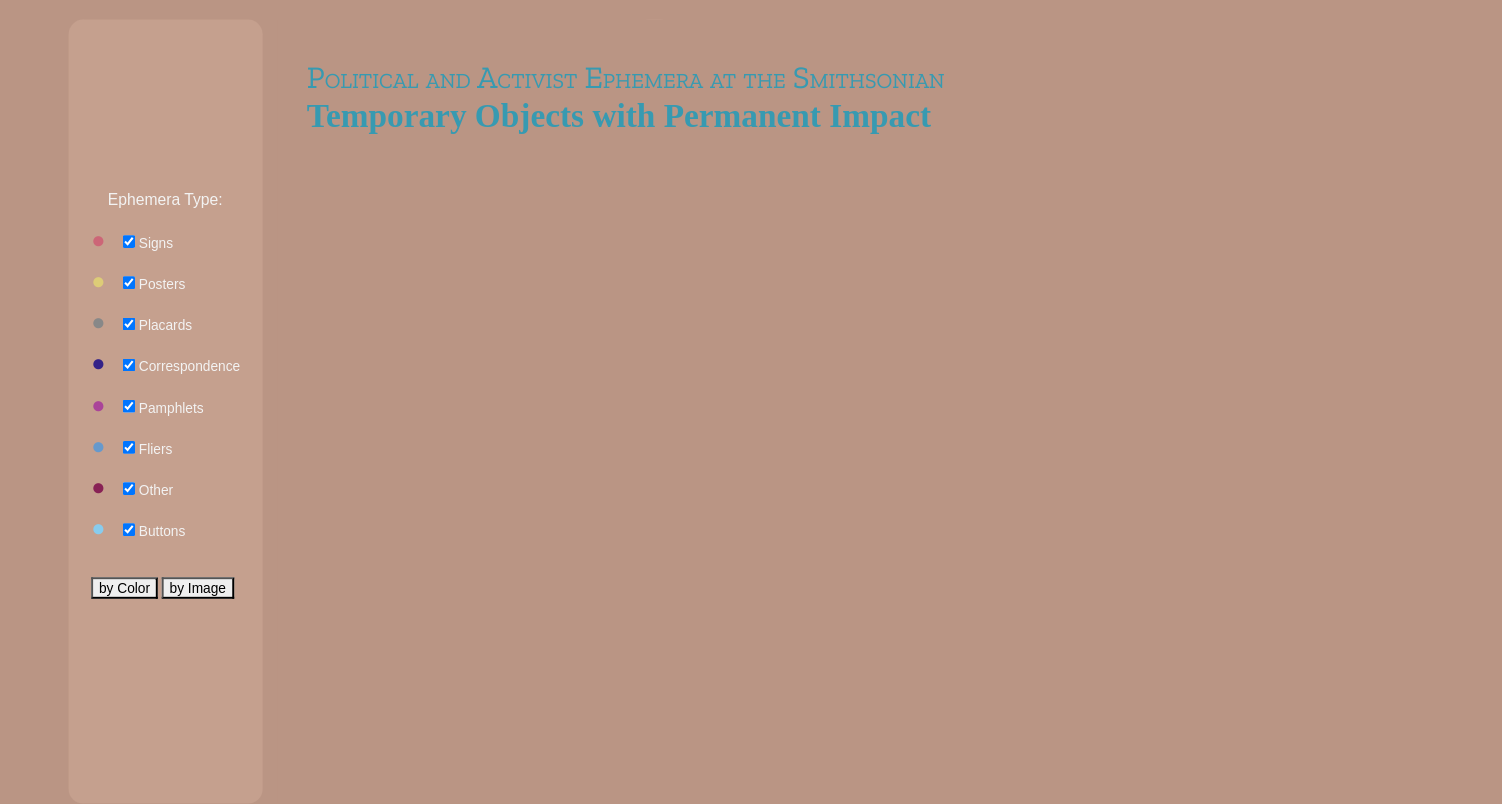
Repository: m0llyc00k/Major-studio-1
Page: Qualitative/examples-beeswarm/index-2.html
The author's editor kept a record of every edit. The page is drawn from the files as they stood at one moment, then again after the next edit.
The browser window is 1280 px wide. The page is 1533 px wide, so the pictures cover 1533 px, including what lies to the right of the window. The pictures show the whole page, at 98% of full size.
The page's requests for data from a server got no answer. Some web fonts or font styles are not loaded; a fallback is used.

Above is the page before.

After the next edit:
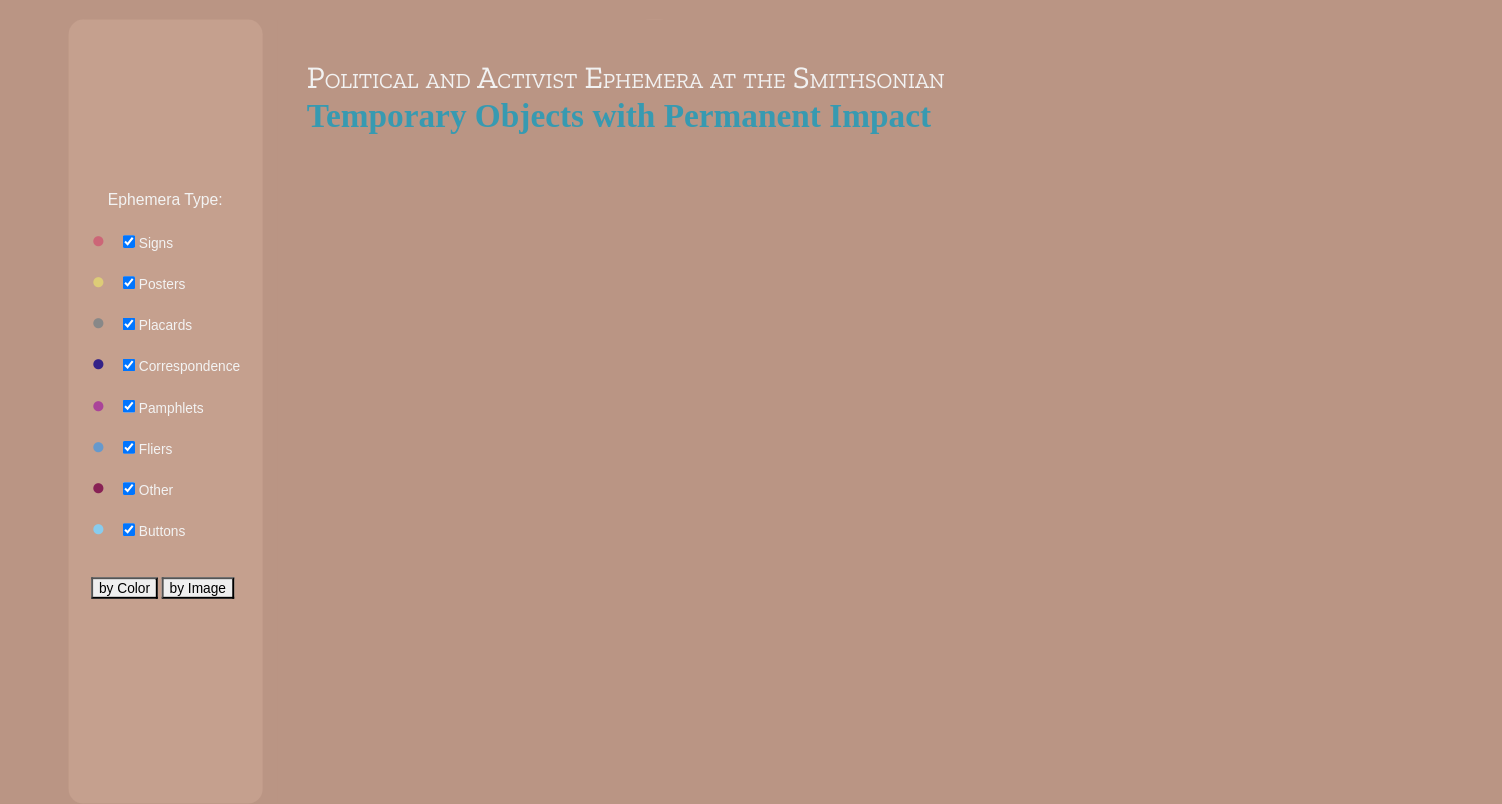
The edit:
--- a/Qualitative/examples-beeswarm/beeswarm-2.js
+++ b/Qualitative/examples-beeswarm/beeswarm-2.js
@@ -53,7 +53,7 @@
         .attr("y", 70)
         .attr("text-anchor", "left")
         .style("font-size", "32px")
-        .style("fill", "#379AB1")
+        .style("fill", "#f2f2f2")
         .style("font-family", "Zilla Slab")
         .style("font-variant", "small-caps")
         .text("Political and Activist Ephemera at the Smithsonian");
